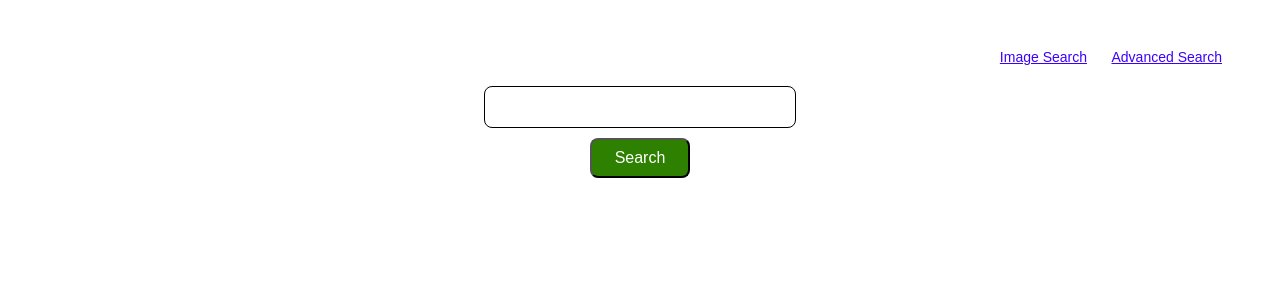
Repository: lyutok/cs50-search-project
Page: google.html
These files come from the project's save history. The page is drawn as it stood at one moment and after the next save; the edit follows.
The browser window is 1280 px wide. The pictures show the whole page.
The style sheet was rebuilt from its Sass, Less or Tailwind sources for each picture, by a compiler version that may differ from the author's.

Above is the page before, as saved 2025-07-05 19:22:27.

### google.html
<!DOCTYPE html>
<html lang="en">
<head>
    <meta name="viewport" content="width=device-width, initial-scale=1.0" charset="UTF-8">
    <title>Google Search</title>
    <link rel="stylesheet" href="styles.css">
    </head>
<body>
    <div>
        <a href="image.html">Image Search</a>
        <a href="advanced.html">Advanced Search</a>
    </div>
    <form action="https://www.google.com/search">
        <input type="text" name="q">
        <br>
        <button type="submit">Search</button>
    </form>
</body>
</html>

### styles.scss
$color: rgb(60, 0, 255);

a {
    font-size: 14px;
    color: $color;
    padding: 10px;
}

body {
    font-family: Arial, sans-serif;
    padding: 20px;
    text-align: center;

    div {
        text-align: right;
        padding: 20px;
    }
}

input {
    width: 300px;
    height: 30px;
    border-radius: 8px;
    border: 1px solid;
    padding: 5px;
    font-size: 16px;
}

button {
    margin: 10px;
    border-radius: 8px;
    background-color: rgb(45, 128, 0);
    font-size: 16px;
    color: white;
    height: 40px;
    width: 100px;
}

button:hover {
                background-color: rgb(192, 196, 186);
            }

After the next save:
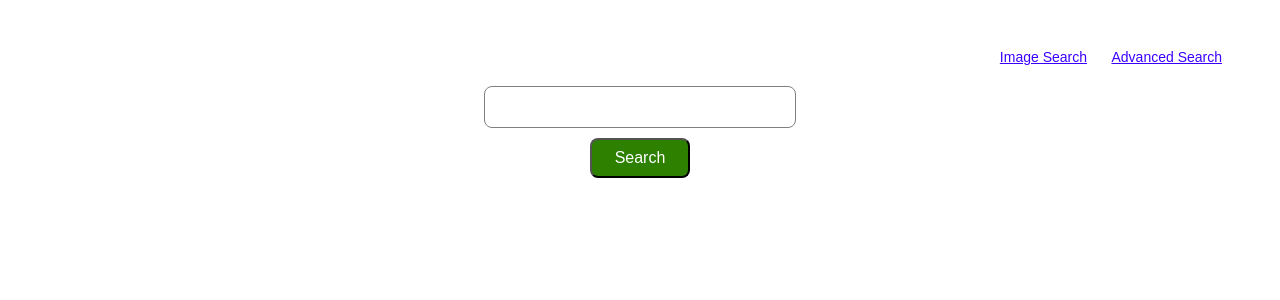
Saved 57 s later.
--- a/styles.scss
+++ b/styles.scss
@@ -21,7 +21,7 @@ input {
     width: 300px;
     height: 30px;
     border-radius: 8px;
-    border: 1px solid;
+    border: 1px solid grey;
     padding: 5px;
     font-size: 16px;
 }
